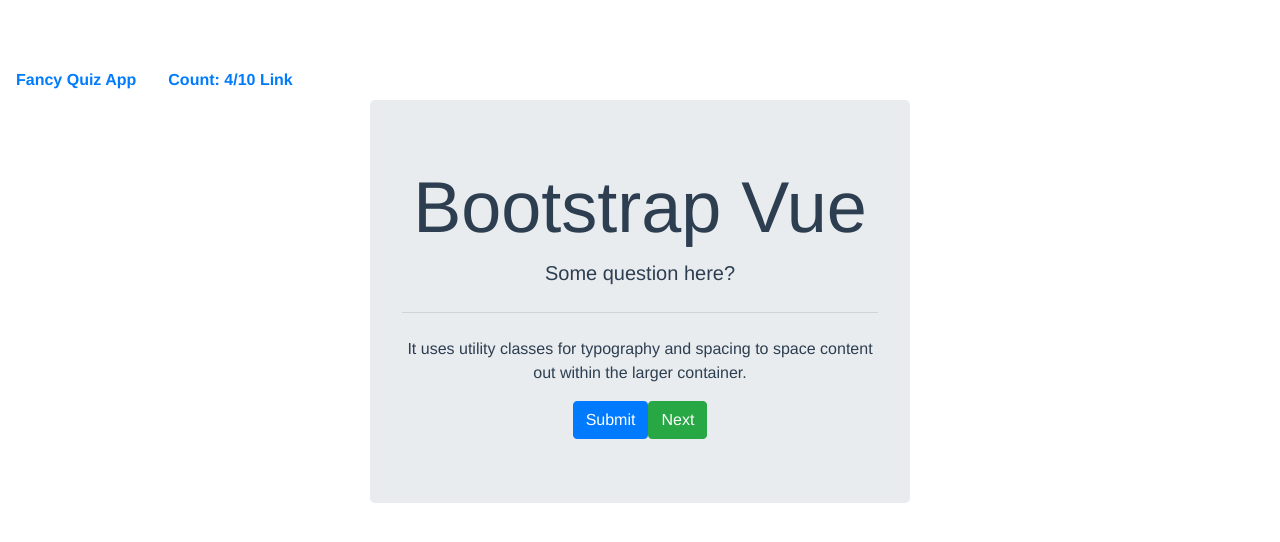
Repository: tokliver/AppVue
Page: /
These files come from the project's save history. The page is drawn as it stood at one moment and after a run of saves; the edit follows.
The browser window is 1280 px wide. The pictures show the whole page.
The project was rebuilt for these pictures with package versions that can differ from the ones it lists, and the page was loaded fresh each time.

Above is the page before, as saved 2019-04-13 09:29:14.

### src/main.js
import Vue from 'vue'

import BootstrapVue from 'bootstrap-vue'

import 'bootstrap/dist/css/bootstrap.css'
import 'bootstrap-vue/dist/bootstrap-vue.css'

import App from './App.vue'



Vue.use(BootstrapVue)

Vue.config.productionTip = false

new Vue({
  render: h => h(App),
}).$mount('#app')

### src/App.vue
<template>
  <div id="app">
    <Header />
    <b-container class="bv-example-row">
       <b-row>
          <b-col sm="6" offset="3">
              <QuestionBox />
            </b-col>

       </b-row>
   </b-container>

  </div>
</template>

<script>
import Header from './components/Header.vue'
import QuestionBox from './components/QuestionBox.vue'

export default {
  name: 'app',
  components: {
    Header,
    QuestionBox
  }
}
</script>

<style>
#app {
  font-family: 'Avenir', Helvetica, Arial, sans-serif;
  -webkit-font-smoothing: antialiased;
  -moz-osx-font-smoothing: grayscale;
  text-align: center;
  color: #2c3e50;
  margin-top: 60px;
}
</style>

### src/components/Header.vue
<template>
<div>
  <b-nav>
    <b-nav-item disable><b>Fancy Quiz App</b></b-nav-item>
    <b-nav-item disable><b>Count: 4/10 Link</b></b-nav-item>
  </b-nav>
</div>
</template>

### src/components/QuestionBox.vue
<template>
   <div class="question-box-container">
  <b-jumbotron header="Bootstrap Vue" lead="Bootstrap 4 Components for Vue.js 2">
    <template slot="header">Bootstrap Vue</template>

    <template slot="lead">
      Some question here?
    </template>

    <hr class="my-4">

    <p>
      It uses utility classes for typography and spacing to space content out within the larger
      container.
    </p>

    <b-button variant="primary" href="#">Submit</b-button>
    <b-button variant="success" href="#">Next</b-button>
  </b-jumbotron>
</div>
</template>

Loaded but not shown: public/index.html (common file)

After the next 2 saves:
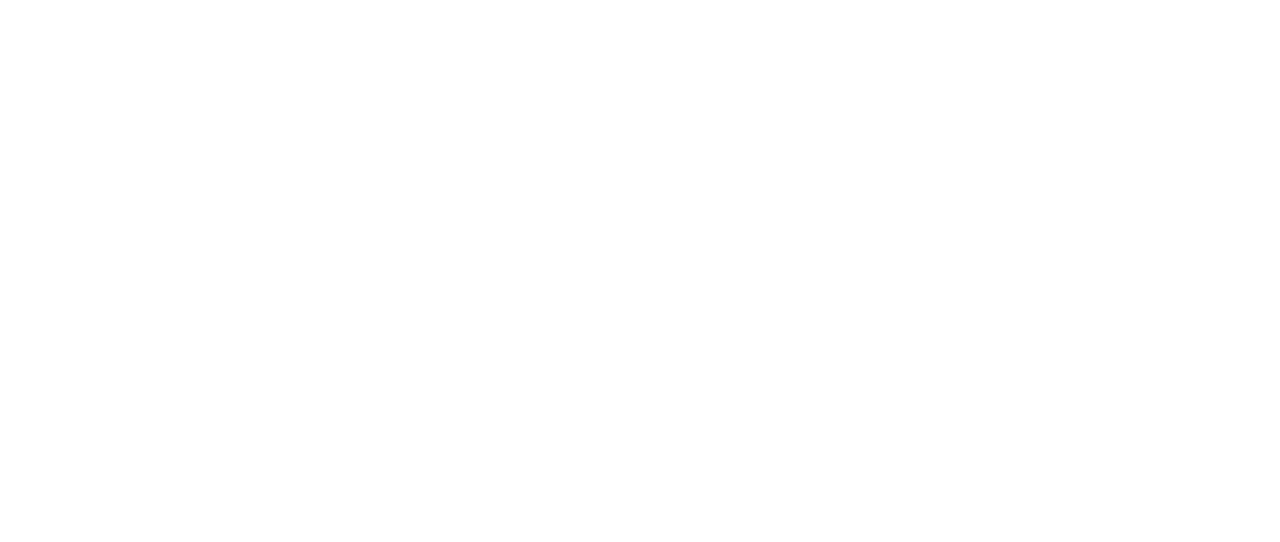
Console error: ReferenceError: mounter is not defined
The 2 saves are shown as one change because they came seconds apart.
The last was saved 7 min 18 s later.
--- a/src/App.vue
+++ b/src/App.vue
@@ -22,7 +22,8 @@
   components: {
     Header,
     QuestionBox
-  }
+  },
+  mounter
 }
 </script>
 

After the 4 saves that followed:
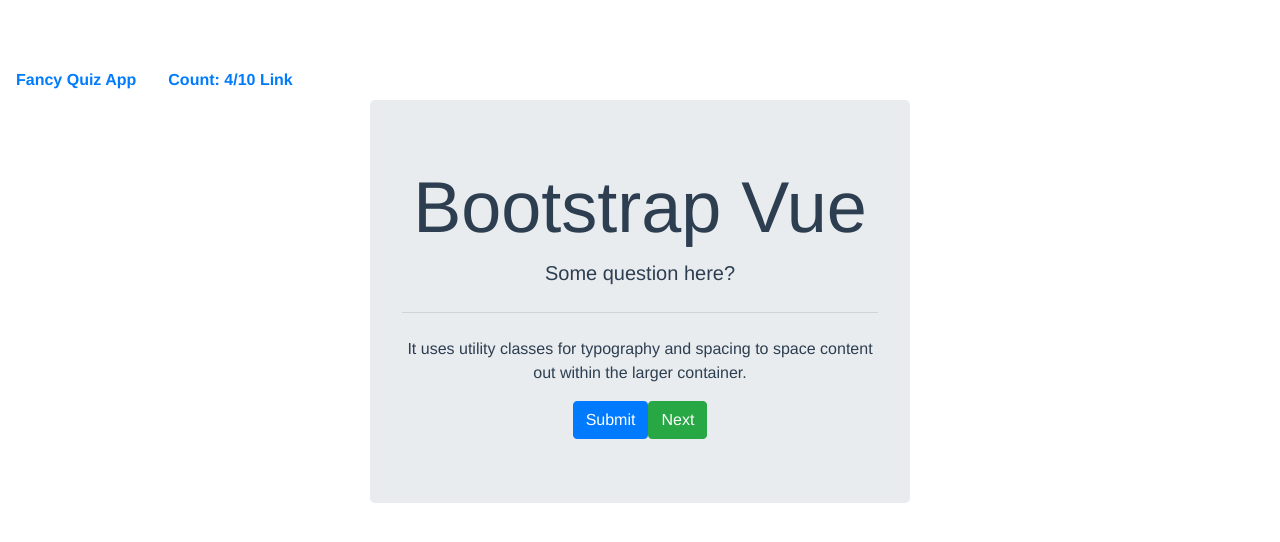
The error is gone.
The 4 saves are shown as one change because they came seconds apart.
The last was saved 18 s later.
--- a/src/App.vue
+++ b/src/App.vue
@@ -23,7 +23,9 @@
     Header,
     QuestionBox
   },
-  mounter
+  mounter: function(){
+
+  }
 }
 </script>
 
